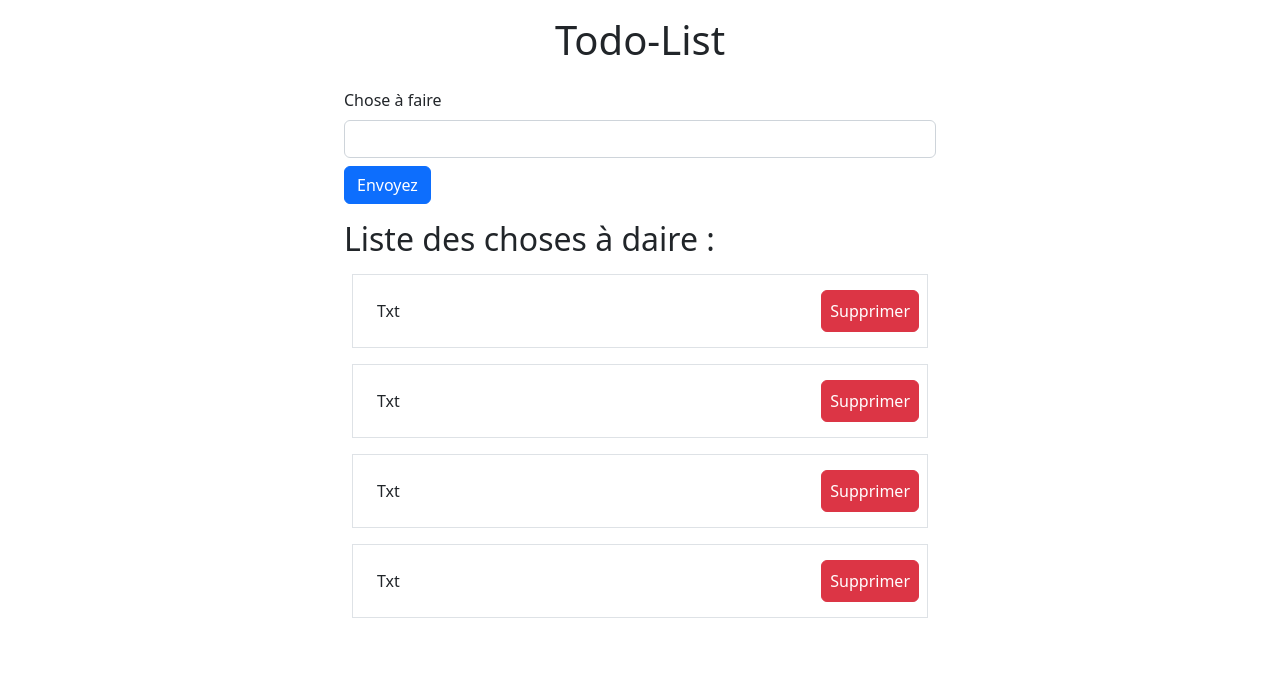
Repository: Michelhof1978/toDoListReact
Page: / (app in APPLICATION/)
The author's editor kept a copy of each file at every save. The page is drawn from the files as they stood at one save, then again after the next save.
The browser window is 1280 px wide. The pictures show the whole page.
The project was rebuilt for these pictures with package versions that can differ from the ones it lists, and the page was loaded fresh each time.

Above is the page before, as saved 2023-05-17 12:32:33.

After the next save:
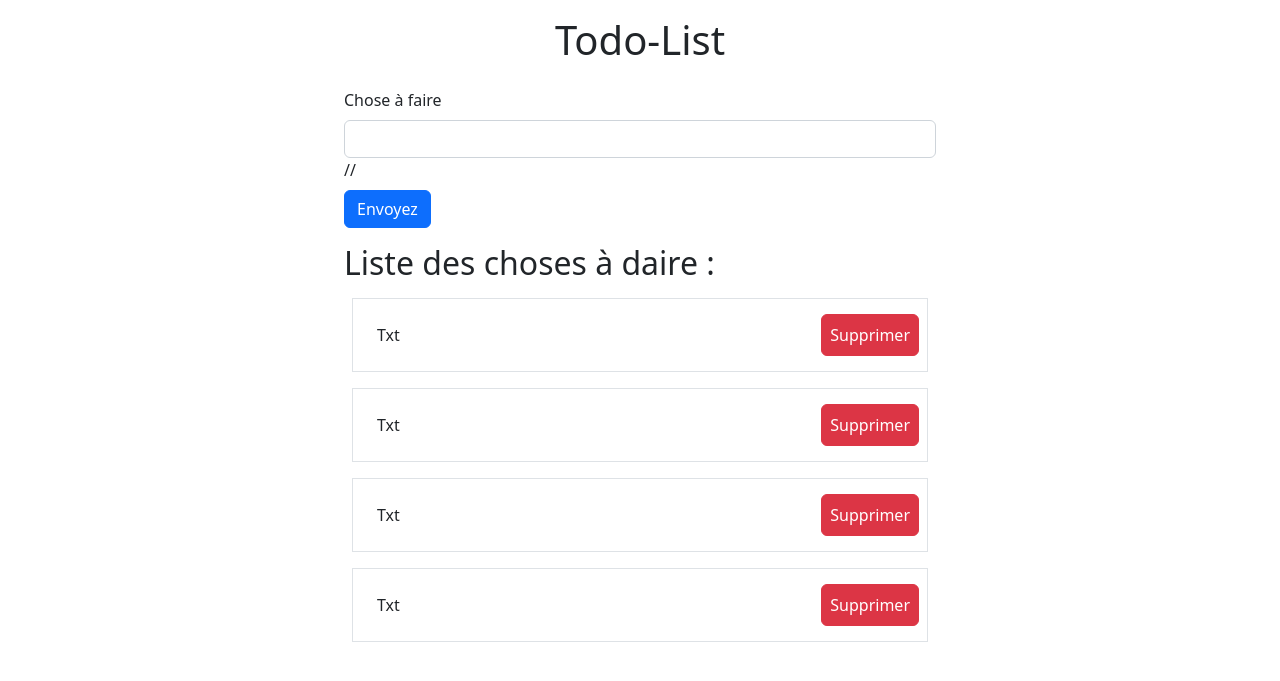
Saved 2 min 18 s later.
--- a/APPLICATION/src/Components/Form.js
+++ b/APPLICATION/src/Components/Form.js
@@ -11,7 +11,7 @@ export default function Form(){
 
             <form className="mb-3">
                 <label htmlFor="todo" className="form-label mt-3">Chose à faire</label>
-                <input type="text" className="form-control" id="todo"/>
+                <input type="text" className="form-control" id="todo"/>//
 
                 <button className="mt-2 btn btn-primary d-block">Envoyez</button>
             </form>
